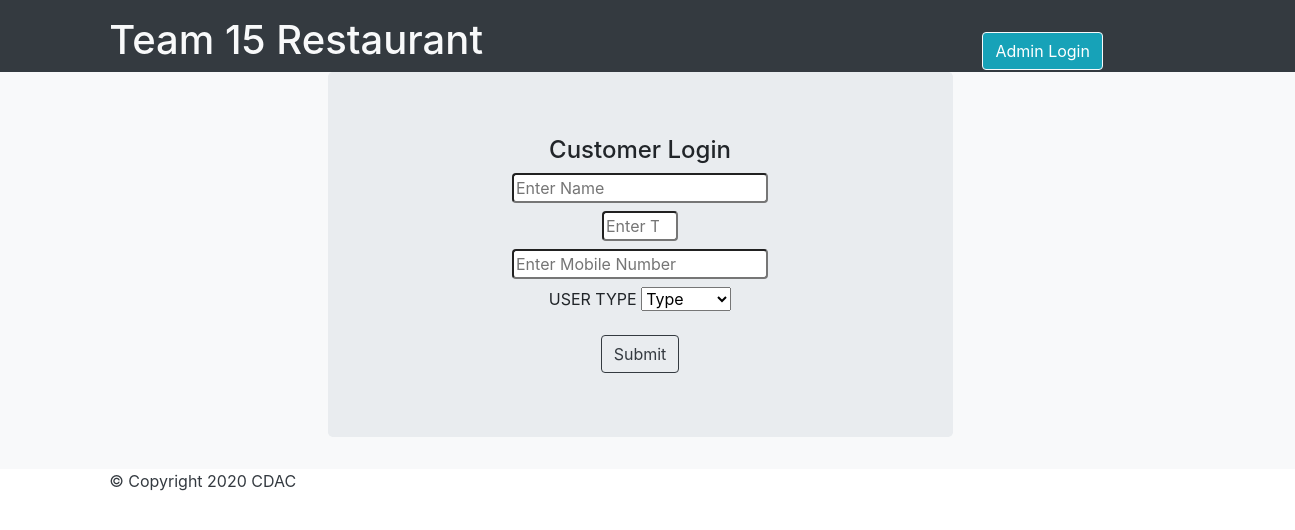
Repository: Pedaxx-IT-solution/E-Waiter-Stuff-
Page: http://localhost/ProjectEwaiter/WEB-INF/views/index.jsp
An editor plug-in stored every save of this project. The page is shown before and after the next save, followed by the edit.
The browser window is 1280 px wide. The page is 1295 px wide, so the pictures cover 1295 px, including what lies to the right of the window. The pictures show the whole page.
The page is served by Tomcat 9. Nobody is signed in. The template is opened directly, without the code that normally fills it, so the values that code supplies are empty.

Above is the page before, as saved 2020-01-23 17:57:51.

After the next save:
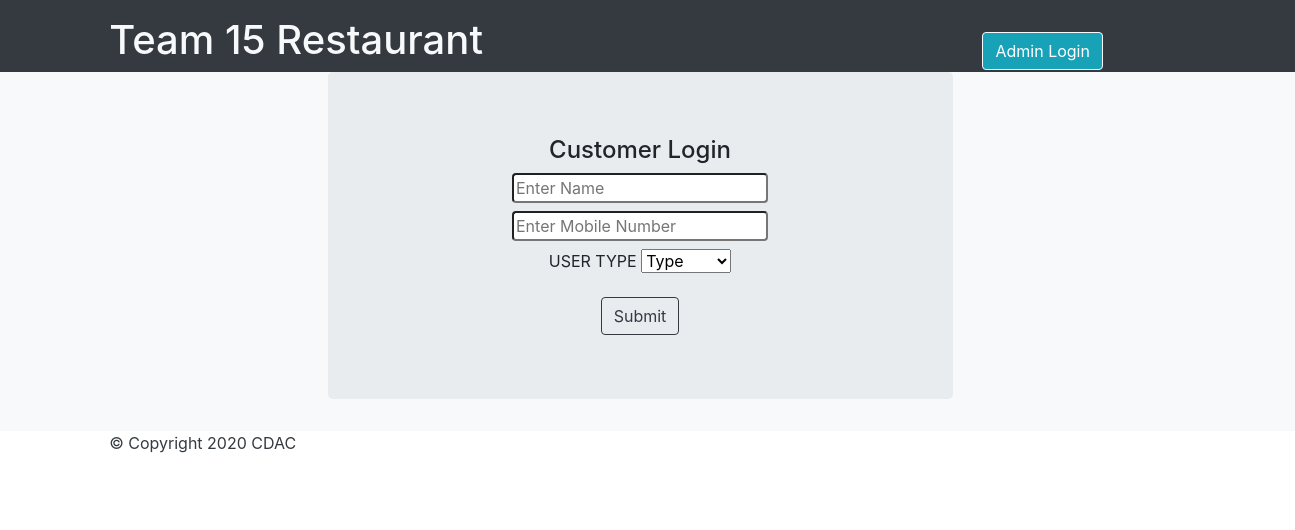
Saved 10 s later.
--- a/MyProject/ProjectEwaiter/src/main/webapp/WEB-INF/views/index.jsp
+++ b/MyProject/ProjectEwaiter/src/main/webapp/WEB-INF/views/index.jsp
@@ -41,7 +41,6 @@ function validateForm() {
 					<h4>Customer Login </h4>
 					<form action="custLogin" name="myForm" onsubmit="return validateForm()"  method="post">
 						<input type="text" class="mb-2 rounded" name="name"  placeholder="Enter Name"><br>
-						<input type="number" class="mb-2 rounded" min="1" max="5" name="table_id" placeholder="Enter Table No" ><br>
 						<input type="text" class="mb-2 rounded" name="mobile_no" placeholder="Enter Mobile Number" ><br>
 												<p>
 							USER TYPE <select class="mb-2"
